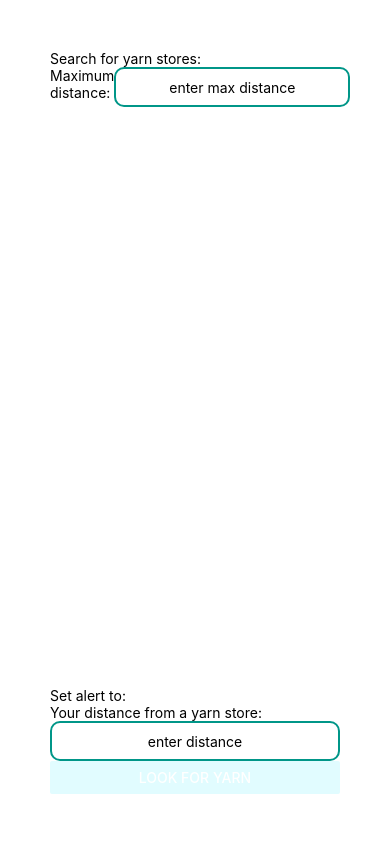
Repository: anuslorah/StashEnhancer
Screen: / (app in StashEnhancer1/)
An editor plug-in stored every save of this project. The screen is shown before and after the next save, followed by the edit.
The app was drawn by React Native's web renderer in a window 390 px wide. The project was rebuilt for these pictures with package versions that can differ from the ones it lists, and the page was loaded fresh each time.

Above is the screen before, as saved 2019-06-27 18:19:34.

### StashEnhancer1/App.js
import React from 'react';
import { StyleSheet, Text, TextInput, Button, View } from 'react-native';

export default function App() {
  return (
    <View style={styles.container}>
      <Text>Search for yarn stores:</Text>
      <View style={styles.row}>
        <Text>Maximum distance:</Text>
        <TextInput
            placeholder="enter max distance"
            underlineColorAndroid='transparent'
            style={styles.TextInputStyle}
            keyboardType={'numeric'}></TextInput>
      </View>
      <Text>Set alert to:</Text>
      <View>
        <Text>Your distance from a yarn store:</Text>
        <TextInput
            placeholder="enter distance"
            underlineColorAndroid='transparent'
            style={styles.TextInputStyle}
            keyboardType={'numeric'}></TextInput>
      </View>
      <Button
        // onPress={onPressLearnMore}
        title="look for yarn"
        color="#e1fcff"
        accessibilityLabel="search for yarn stores" />
    </View>
  );
}

const styles = StyleSheet.create({
  container: {
    flex: 1,
    backgroundColor: '#fff',
    // alignItems: 'center',
    // justifyContent: 'center',
    margin: 50,
  },
  TextInputStyle: {
    textAlign: 'center',
    height: 40,
    borderRadius: 10,
    borderWidth: 2,
    borderColor: '#009688',
    padding: 7
  },
  row: {
    flex: 1,
    flexDirection: 'row',
    justifyContent: 'space-between',
    marginBottom: 5
  },
});

After the next save:
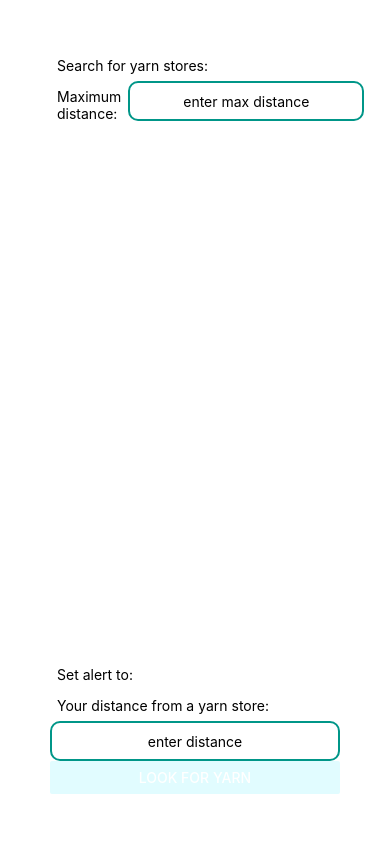
Saved 88 s later.
--- a/StashEnhancer1/App.js
+++ b/StashEnhancer1/App.js
@@ -4,18 +4,18 @@ import { StyleSheet, Text, TextInput, Button, View } from 'react-native';
 export default function App() {
   return (
     <View style={styles.container}>
-      <Text>Search for yarn stores:</Text>
+      <Text style={styles.TextStyle}>Search for yarn stores:</Text>
       <View style={styles.row}>
-        <Text>Maximum distance:</Text>
+        <Text style={styles.TextStyle}>Maximum distance:</Text>
         <TextInput
             placeholder="enter max distance"
             underlineColorAndroid='transparent'
             style={styles.TextInputStyle}
             keyboardType={'numeric'}></TextInput>
       </View>
-      <Text>Set alert to:</Text>
+      <Text style={styles.TextStyle}>Set alert to:</Text>
       <View>
-        <Text>Your distance from a yarn store:</Text>
+        <Text style={styles.TextStyle}>Your distance from a yarn store:</Text>
         <TextInput
             placeholder="enter distance"
             underlineColorAndroid='transparent'
@@ -39,6 +39,9 @@ const styles = StyleSheet.create({
     // justifyContent: 'center',
     margin: 50,
   },
+  TextStyle: {
+    padding: 7
+  },
   TextInputStyle: {
     textAlign: 'center',
     height: 40,
